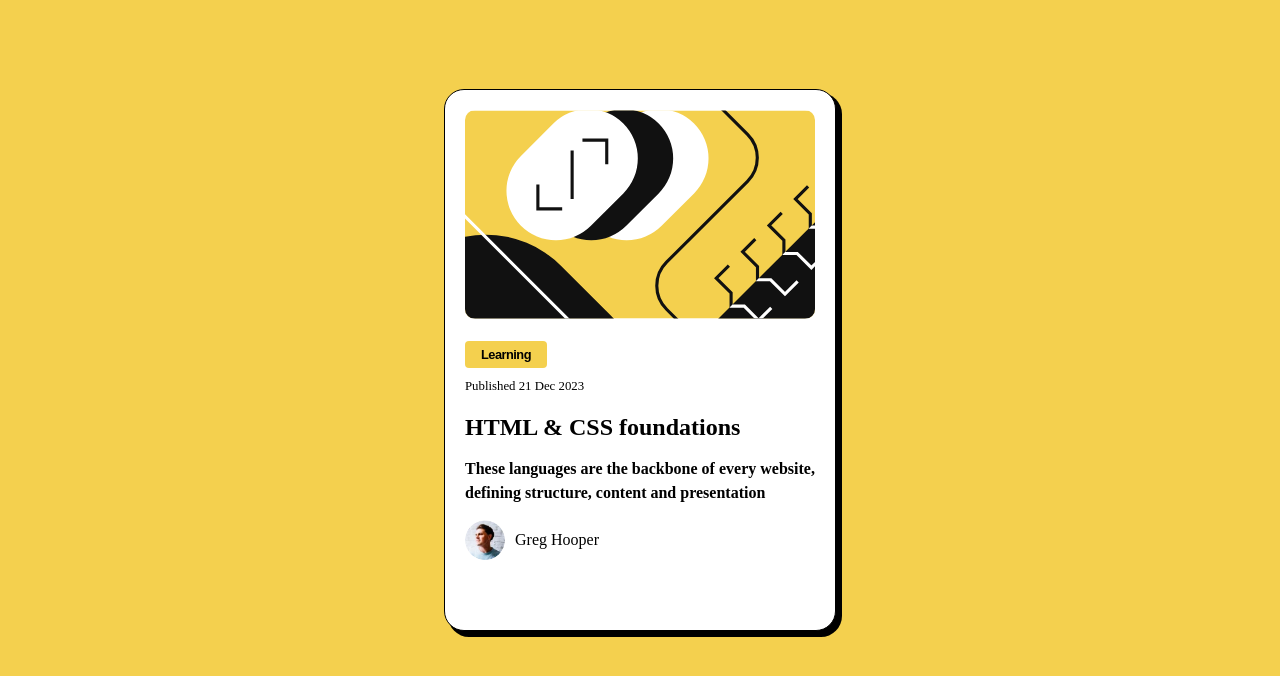
Repository: brandontaylor1/blogpreviewcard
Page: index.html
These files come from the project's save history. The page is drawn as it stood at one moment and after a run of saves; the edit follows.
The browser window is 1280 px wide. The pictures show the whole page.

Above is the page before, as saved 2024-12-25 12:16:57.

### index.html
<!DOCTYPE html>
<html lang="en">
<head>
    <meta charset="UTF-8">
    <meta name="viewport" content="width=device-width, initial-scale=1.0">
    <link rel="preconnect" href="https://fonts.googleapis.com">
    <link rel="preconnect" href="https://fonts.gstatic.com" crossorigin>
    <link href="https://fonts.googleapis.com/css2?family=Figtree:ital,wght@0,300..900;1,300..900&display=swap" rel="stylesheet">
    <link rel="stylesheet" href="./index.css">
    <title>HTML & CSS Foundations</title>
</head>
<body>
    <main class="container">
        <div class="img-container">
            <img src="./images/illustration-article.svg" class="heading-img" alt="">
        </div>
        <div class="card-content">
            <p id="learning-tag">Learning</p>
            <div class="card-content-text">
                <p>Published 21 Dec 2023</p>
                <h2>HTML & CSS foundations</h2>
                <h3>These languages are the backbone of every website, defining structure, content and presentation</h3>
            </div>
        </div>
        <div class="user-footer">
            <img src="./images/image-avatar.webp" alt="person-image">
            <p>Greg Hooper</p>
        </div>
    </main>

    <script src="index.js"></script>
</body>
</html>

### index.css
:root {
    /* COLORS */
    --primary-yellow: hsl(47, 88%, 63%);
    --primary-white: hsl(0, 0%, 100%);
    --primary-gray-reg: hsl(0, 0%, 42%);
    --primary-gray-bold: hsl(0, 0%, 7%);

    --main-font-size: 16px;

    --main-font-url: "Figtree-Regular", sans-serif;
    --main-font-bold-url: "Figtree-ExtraBold", sans-serif;
    --main-font-weight-reg: 500;
    --main-font-weight-bold: 900;
}

/* @font-face {
    font-family: 'Figtree-SemiBold';
    src: var(--main-font-url);
    font-weight: var(--main-font-weight-reg);
}

@font-face {
    font-family: 'Figtree-ExtraBold';
    src: var(--main-font-bold-url);
    font-weight: var(--main-font-weight-bold);
}  */


body {
    box-sizing: border-box;
    margin: 0;
    padding: 0;
    height: 100vh;
    display: flex;
    align-items: center;
    justify-content: center;
    background-color: var(--primary-yellow);
}

.container {
    width: 350px;
    height: 500px;
    margin: 0 auto;
    padding: 0 20px;
    background-color: var(--primary-white);
    width: 350px;
    padding: 20px;
    border-radius: 20px;
    border: 1px solid black;
    box-shadow: 5px 5px 0 1px rgba(0, 0, 0, 1);
    transition: all 0.3s ease;
}

.container:hover {
    box-shadow: 0 0 0 0 rgba(0, 0, 0, 0.5);
    height: 495px;
    width: 345px;
}

.heading-img {
    width: 100%;
    margin-bottom: 5px;
    border-radius: 10px;
}

.card-content {
    width: 100%;
    display: flex;
    flex-direction: column;
    align-items: left;
    justify-content: space-between;
}

#learning-tag {
    background-color: var(--primary-yellow);
    padding: 6px 1px;
    border-radius: 4px;
    font-family: var(--main-font-bold-url);
    font-weight: var(--main-font-weight-bold);
    font-size: .8rem;
    width: 80px;
    text-align: center;
    letter-spacing: -.5px;

}

.card-content-text {
    margin-top: -15px;
    font-size: .8rem;
    font-family: var(--main);
}

.card-content-text h2 {
    font-size: 1.5rem;
    font-weight: var(--main-font-weight-bold);
    margin-bottom: 10px;
    transition: color 0.3s ease;
}

.card-content-text h2:hover {
    color: var(--primary-yellow)

}

.card-content-text h3 {
    font-size: 1rem;
    line-height: 1.5;
    margin-bottom: 10px;
}

.user-footer {
    display: flex;
    align-items: center;

}

.user-footer img {
    width: 40px;
    height: 40px;
    border-radius: 50%;
    margin-right: 10px;
}

Loaded but not shown: index.js (no stored copy; drawn as an empty file)

After the next 2 saves:
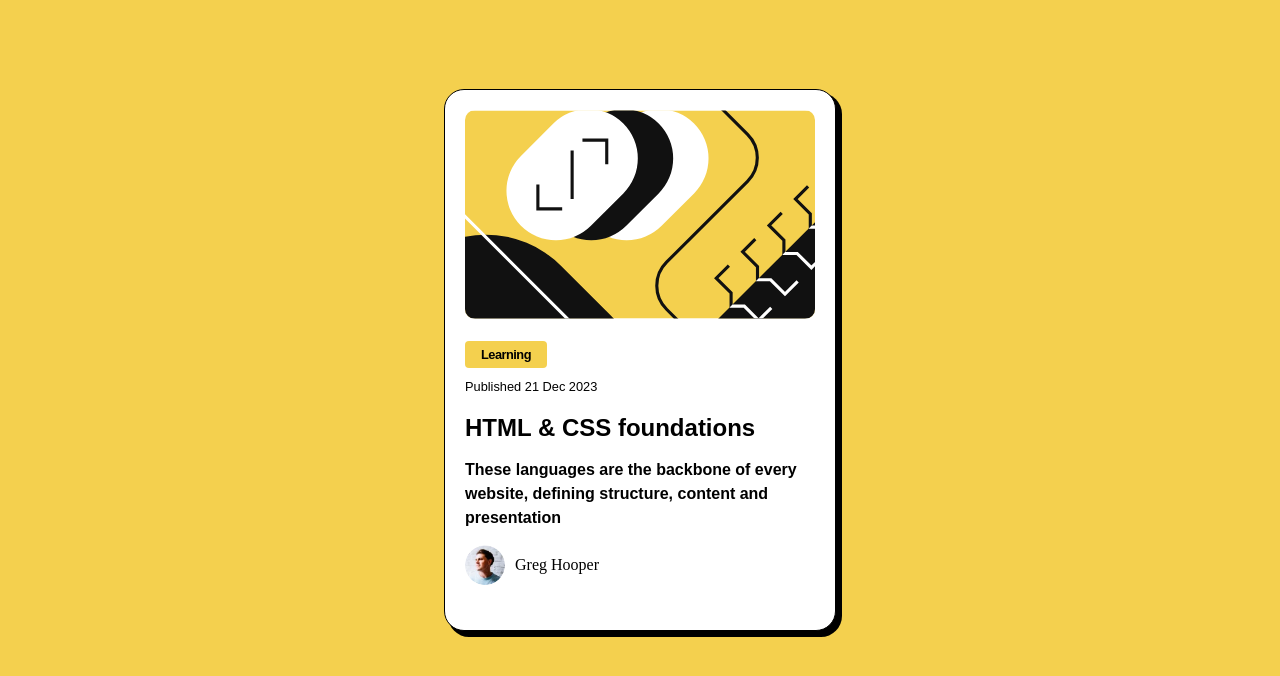
The 2 saves are shown as one change because they came seconds apart.
The last was saved 8 s later.
--- a/index.css
+++ b/index.css
@@ -87,7 +87,7 @@ body {
 .card-content-text {
     margin-top: -15px;
     font-size: .8rem;
-    font-family: var(--main);
+    font-family: var(--main-font-url);
 }
 
 .card-content-text h2 {
